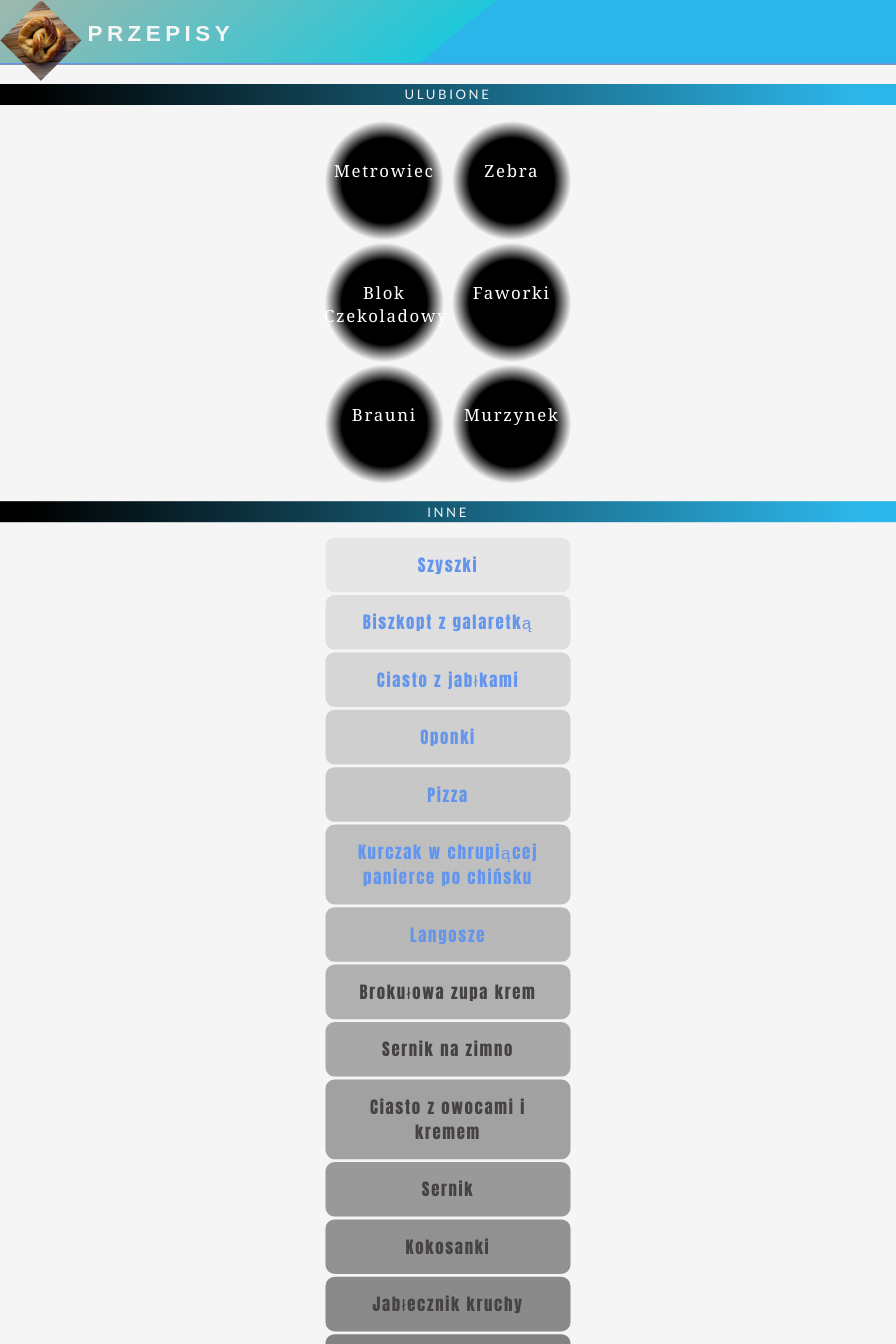
Repository: yaoayh/przepisy
Page: index.html
These files come from the project's save history. The page is drawn as it stood at one moment and after the next save; the edit follows.
The browser window is 1280 px wide. The pictures show the part of the page from y = 0 to 1920 px (the page is 3147 px tall), at 70% of full size.

Above is the page before, as saved 2020-08-14 18:34:18.

### index.html
<!DOCTYPE html>
<html>
    <head>
        <title>Przepisy</title>

        <meta charset="UTF-8">
        <meta name="viewport" content="width=device-width,
        initial-scale=1.0">
        <meta name="author" content="Dawid Litwin">

        <link rel="shortcut icon" href="images/icon.jpg">

        <link href="css/styles.css" type="text/css"
        rel="stylesheet" />
    </head>

    <body>
        <!--                HEADER                           -->
        <div id="header">
            <div class="picture">
                <a href="#top"><img src="images/precel.jpg" alt="precel"
                title="obrazek przedstawiajacy precel"
                width= "82,8" height= "82,8"></a>
            </div>
        <h1>Przepisy</h1>
        </div>


        <!--                    INFO 1                       -->

        <div class="info_Nr1">
            <h3>Ulubione</h3>
        </div>
        <!--                    SQARES                       -->

        <form class="head_Sqares">
            <!----------------------------------------------------------------------------------------------------------------------------------------------------------------------->
            <a class="m1" href="podstrony/metrowiec.html">
            <div class="sqares_Left">
                <p class="favorites">Metrowiec
                </p>
            </div></a>
            <a href="podstrony/Zebra.htm">
            <div class="sqares_Right">
                <p class="favorites">Zebra</p>
            </div></a>
            <!---->
            <a href="podstrony/blok_Czekoladowy.html"><div class="sqares_Left">
                <p class="bigger">Blok Czekoladowy</p>
            </div></a>
            <a href="podstrony/faworki.html"><div class="sqares_Right">
                <p>Faworki</p>
            </div></a>
            <!---->
            <a href="podstrony/brauni.html"> <div class="sqares_Left">
                <p>Brauni</p>
            </div></a>
            <a href="podstrony/murzynek.html"><div class="sqares_Right">
                <p>Murzynek</p>
            </div></a>
            <!----------------------------------------------------------------------------------------------------------------------------------------------------------------------->
        </form>
        <div class="info_Nr2">
            <h3>Inne</h3>
        </div>
        <!--            CZEŚĆ DRUGA                          -->

        <form class="main2">
            <a href="podstrony/szyszki.html"><div class="n1"><p class="p1">Szyszki</p></div></a>
            <a href="podstrony/biszkopt_z_galaretką.html"><div class="n2"><p class="p1">Biszkopt z galaretką</p></div></a>
            <a href="podstrony/ciasto_z_jablkami.html"><div class="n3"><p class="p1">Ciasto z jabłkami</p></div></a>
            <a href="podstrony/oponki.html"><div class="n4"><p class="p1">Oponki</p></div></a>
            <a href="podstrony/pizza.html"><div class="n5"><p class="p1">Pizza</p></div></a>
            <a href="podstrony/kurczak_po_chinsku.html"><div class="n6"><p class="p1">Kurczak w chrupiącej panierce po chińsku</p></div></a>
            <a href="podstrony/langosze.html"><div class="n7"><p class="p1">Langosze</p></div></a>
            <a href="podstrony/brokulowa_zupa_krem.html"><div class="n8"><p class="p1_Shadow">Brokułowa zupa krem</p></div></a>
            <a href="podstrony/sernik_na_zimno.html"><div class="n9"><p class="p1_Shadow">Sernik na zimno</p></div></a>
            <a href="podstrony/ciasto_z_owocami_i_kremem.html"><div class="n10"><p class="p1_Shadow">Ciasto z owocami i kremem</p></div></a>
            <a href="podstrony/sernik.html"><div class="n11"><p class="p1_Shadow">Sernik</p></div></a>
            <a href="podstrony/kokosanki.html"><div class="n12"><p class="p1_Shadow">Kokosanki</p></div></a>
            <a href="podstrony/jablecznik_kruchy.html"><div class="n13"><p class="p1_Shadow">Jabłecznik kruchy</p></div></a>
            <a href="podstrony/ciasto_kasi.html"><div class="n14"><p class="p1_Shadow">Ciasto Kasi</p></div></a>
            <a href="podstrony/ciasto_ucierane.html"><div class="n15"><p class="p1">Ciasto ucierane z owocami</p></div></a>
            <a href="podstrony/gofry.html"><div class="n16"><p class="p1">Gofry</p></div></a>
            <a href="podstrony/brauni.html"><div class="n17"><p class="p1">Brauni Kasi</p></div></a>
            <a href="podstrony/salatka_francuska.html"><div class="n18"><p class="p1">Sałatka francuska</p></div></a>
            <a href="podstrony/botwina.html"><div class="n19"><p class="p1">Botwina</p></div></a>
            <a href="podstrony/nalewka.html"><div class="n20"><p class="p1">Nalewka</p></div></a>
            <a href="podstrony/salatka_zolta.html"><div class="n21"><p class="p1">Sałatka żółta</p></div></a>
            <a href="podstrony/ogorki_konserwowe.html"><div class="n22"><p class="p1">Ogórki konserwowe</p></div></a>
            <a href="podstrony/zacierki.html"><div class="n23"><p class="p1">Zacierki</p></div></a>
            <div class="n24"><p class="p1">Zupa serowa z pulpetami</p></div>
            <a href="podstrony/sos_beszamelowy_zapiekany.html"><div class="n25"><p class="p1">Sos beszamelowy Zapiekany</p></div></a>
            <a href="podstrony/kurczak_z_antylii.html">
                <div class="n26">
                    <p class="p1">Kurczak z Antylii</p>
                </div>
            </a>
            <br>

        </form>
        <br><br><br>

        <!--            PRAWA AUTORIESKIE                    -->

        <form class="bottom">
            <strong> <q>Precel</q>
                by <a class="a_Bottom" href="https://www.flickr.com/photos/ajay_suresh/">ajay_suresh</a>
        </strong>
        </form>


    </body>
</html>

### css/styles.css
@keyframes firstletter {
    0% {
        font-family: "Arial Black", Gadget, sans-serif;
    }
    25% {
        font-family: "Courier New", Courier, monospace;
    }
    50% {
        font-family: "Comic Sans MS", cursive, sans-serif;
    }
    75% {
        font-family: "Agency FB";
    }
    100% {
        font-family: "Tw Cen MT";
    }
}
@keyframes moving {
    from {
        transform: translateX(-5px);
    }
    to {
        transform: translateX(0px);
    }
}
@keyframes shake {
    from {
        color: #2cb5e8;
    }
    to {
        color: whitesmoke;
    }
}
@keyframes main_Circle {
    from {
        /* background-color: cornflowerblue; */
        opacity: 0;
        /* background-image: radial-gradient(circle,red,red 50%,whitesmoke 70%); */
    }
    to {
        /* background-color: black; */
        opacity: 1;
        /* background-image: radial-gradient(circle,black,black 50%,whitesmoke 70%); */
    }
}
html{overflow: scroll;}
body {
    height: auto;
	margin: 0px;
    background-color: whitesmoke;
}

/*                      Nagłówek                    */
body.body_Undersite{
    padding: 5px;
}
#header {
    top: 0px;
    width: 100%;
    height: 90px;
    position: fixed;
    background-color: black;
    background-image: linear-gradient(141deg, #9fb8ad 0%, #1fc8db 51%, #2cb5e8 51%, #2cb5e8 75%);
    border-bottom: 2px solid cornflowerblue;}

.picture{
    margin: 16px;
    float: left;
    width: 82px;
    transform: rotate(45deg);}

h1 {
    text-transform: uppercase;
    font-family: Arial, Helvetica, sans-serif;
    letter-spacing: 0.2em;
    font-style: normal;
    color: whitesmoke;
    padding: 30px 30px 30px 15px;
    margin-left: 110px;
    margin-top: 0px;}
    aniamation-name: firstletter;
    aniamation-duration:1s;
h1::first-letter{
    font-size: 150%;
    letter-spacing: 2px;
    animation-name: firstletter;
    animation-duration: 5s;
}


/*                  CZESC II                    */
form.main2{
    margin: auto;
    height: auto; /*531px;*/
    width: 354px;/*354px;*/
    background-color: whitesmoke;
    padding: 5px;}
.info_Nr1, .info_Nr2{
    background-image: linear-gradient(to right, black 3%,#2cb5e8 95%);
    border: 12px 12px 12px 12px;
    border-color: black;
    border-style: single;
    text-align: center;
    margin-top: 120px;
    margin-bottom: 15px;
}

h3 {
    font-weight: normal;
    color: whitesmoke;
    font-family: "Gill Sans", Arial, sans-serif;
    text-transform: uppercase;
    text-align: center;
    padding: 4px;
    margin: 0px;
    letter-spacing: 0.2em;}

/*                      BLOKI                   */

form.head_Sqares {
    margin: auto;
    height: 531px; /*531px;*/
    width: 354px;/*354px;*/
    background-color: whitesmoke;
    border-radius: 20px;
    padding: 5px;}

.sqares_Left, .sqares_Right {
    /* opacity: 0; */
    text-decoration: none;
    border-radius: 15px;
    margin-top: 2px;
    width: 172px;
    height: 172px;
    /* background-image: linear-gradient(whitesmoke, black); */
    /* background-image: linear-gradient(white, black, black); */
    background-image: radial-gradient(circle,black,black 50%,whitesmoke 70%);
    color: white;
    /* overflow: auto; */
    animation-name: main_Circle;
    animation-duration: 3s;

    /* border: 2px solid rgba(0, 0, 0, .1); */
    /* border-top: 2px solid rgba(245, 245, 245, 0.959); */
    /* border-top: 2px solid rgb(133, 133, 133); */

}
.sqares_Left{
    float: left;
    }
/* .first_Choice{color: cornflowerblue;} */
.sqares_Right{
    float: right ;
    clear: right;}
p {

    border-radius: 5px;
    text-decoration: none;
    padding-top: 55px;
    text-align: center;
    font-family: Georgia, 'Times New Roman', Times, serif;
    font-size: x-large;
    letter-spacing: 0.10em;
    margin:0px;
    animation-name: shake;
    animation-duration: 3s;
}
p.p1_Shadow{padding: 21px; color: rgb(70, 66, 66);
    font-family: Impact, Haettenschweiler, 'Arial Narrow Bold', sans-serif;
text-decoration: none;
animation-name: moving;
    animation-duration: 1s;
    animation-timing-function:cubic-bezier(.57,-1.01,.67,.68) ;}
p.p1{
    font-family: Impact, Haettenschweiler, 'Arial Narrow Bold', sans-serif;
    text-decoration: none;
    padding: 21px;
    color: cornflowerblue;
    animation-name: moving;
    animation-duration: 1s;
    animation-timing-function:cubic-bezier(.58,-1.24,.29,1.98) ;
}
#bigger {
    font-size: 9px;
    padding: 0px 0px;}
.info_Nr2 {margin-top: 10px;}

.n1,.n2,.n3,.n4,.n5,.n6,.n7,.n8,.n9,.n10,.n11,.n12,.n13,.n14,.n15,.n16,.n17,.n18,.n19,.n20,.n21,.n22,.n23,.n24,.n25,.n26,.n27{
    border-radius: 15px;
    border: 2px solid whitesmoke;
    clear: both;}
div.n1 {

    background-color: hsl(0, 0%, 90%);
}
.n2{
    background-color: hsl(0,0%,87%);
}
.n3{
    background-color: hsl(0, 0%, 84%);
}
.n4{
    background-color: hsl(0, 0%, 81%);
}
.n5{
    background-color: hsl(0, 0%, 78%);
}
.n6{
    background-color: hsl(0, 0%, 75%);
}
.n7{
    background-color: hsl(0, 0%, 72%);
}
.n8{
    background-color: hsl(0, 0%, 69%);
}
.n9{
    background-color: hsl(0, 0%, 66%);
}
.n10{
    background-color: hsl(0, 0%, 63%);
}
.n11{
    background-color: hsl(0, 0%, 60%);
}
.n12{
    background-color: hsl(0, 0%, 57%);
}
.n13{
    background-color: hsl(0, 0%, 54%);
}
.n14{
    background-color: hsl(0, 0%, 51%);
}
.n15{
    background-color: hsl(0, 0%, 48%);
}
.n16{
    background-color: hsl(0, 0%, 45%);
}
.n17{
    background-color: hsl(0, 0%, 42%);
}
.n18{
    background-color: hsl(0, 0%, 39%);
}
.n19{
    background-color: hsl(0, 0%, 36%);
}
.n20{
    background-color: hsl(0, 0%, 33%);
}
.n21{
    background-color: hsl(0, 0%, 30%);
}
.n22{
    background-color: hsl(0, 0%, 27%);
}
.n23{
    background-color: hsl(0, 0%, 24%);
}
.n24{
    background-color: hsl(0, 0%, 21%);
}
.n25{
    background-color: hsl(0, 0%, 18%);
}
.n26{
    background-color: hsl(0, 0%, 15%);
}
.n27{background-color: hsl(0, 0%, 12%);}


/*                  PRAWA AUTORSKIE             */
.a_Bottom {
    text-decoration: none;
    color: white;
    text-decoration-line: underline;
}
.bottom {
    padding: 5px;
    text-decoration: none;
    background-color: black;
    color: white;
}
/**************************************************************************************/

#header_Undersite {
    top: 0px;
    width: 100%;
    height: 90px;
    position: fixed;
    background-color: black;
    border-bottom: 2px solid cornflowerblue;}
h1.h1_Undersite {
    letter-spacing: 0.15em;
}

a.m1:visited{
    color: cornflowerblue;
}
a {

    text-decoration: whitesmoke;

}
a:visited{
    color: whitesmoke;
}
a:hover{
    text-decoration: none;
    background-color: aquamarine;
    color: cyan;
}
td{
    font-size: large;
    text-decoration: solid;
    font-family: Arial, Helvetica, sans-serif;
    padding: 5px;
    background-color: cornflowerblue;
    border-radius: 5px;

}
form.form_Undersite{
    margin-top: 120px;
    background-color: rgb(245, 245, 245);
}
.name{
    max-width: 400px;
    border-radius: 35px;
    border: 8px double cornflowerblue;
    background-color: hsl(245,0%,95%);
    padding: 5px 0px 5px 5px;
    margin: 5px;}

h2 {
    text-align: left;
    font-size: x-large;
    text-transform: uppercase;
    font-family: Arial, Helvetica, sans-serif;
    letter-spacing: 0.2em;
    font-style: normal;
    color: whitesmoke;
    padding: 30px;
    border: 1px solid cornflowerblue;
    border-radius: 0px 20px 20px 0px;
    max-width: 120px;
    background-color: cornflowerblue;
    }
table {

    margin-right: 0px;
    padding: 10px 0px 10px 0px;
}
tr{
    empty-cells: hide;
}
td {
    width: 60px;
    background-color: hsl(0,0%,87%);
    border-radius: 10px;
    padding: 10px 5px 10px 10px;
    text-align: right;
    font-weight: bold;
}
td.table2{
    width: auto;
    background-color: cornflowerblue;
    border-radius: 50px;
    font-weight: normal;
    padding: 10px 10px 10px 10px;
    text-align: left;
}
ol{
    padding: 10px 0px 10px 0px;
    margin: 25px;
    border-radius: 20px;
    background-color: hsl(0,0%,87%);
}
li {

    font-family: Arial, Helvetica, sans-serif;
    font-size: large;
    padding: 15px 5px 10px 5px;
}
.ps{
    background-color: hsl(0,0%,87%);
    margin: 5px;
    border: 4px double cadetblue;
    border-radius: 5px;
    padding: 5px;
}

After the next save:
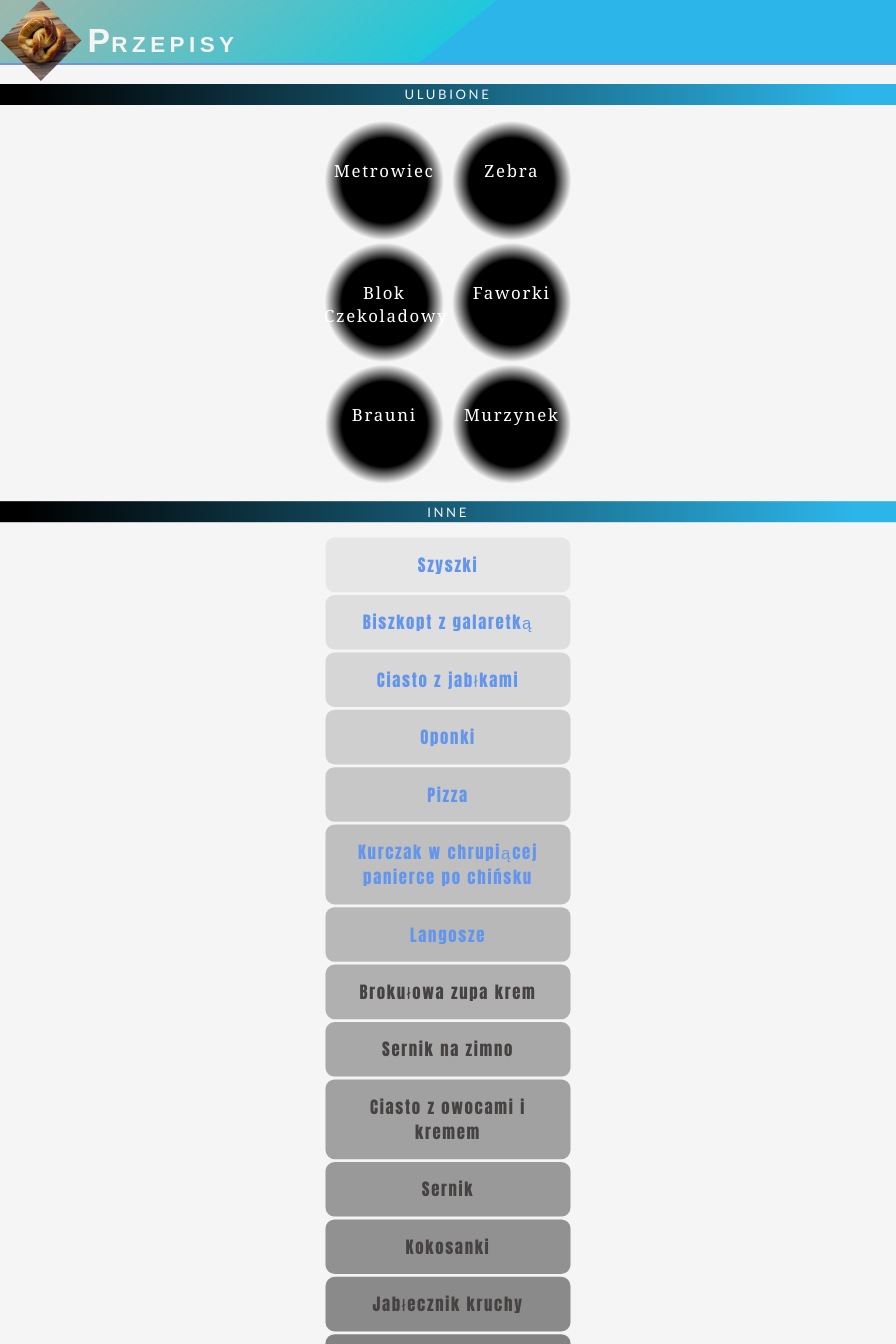
Saved 24 s later.
--- a/css/styles.css
+++ b/css/styles.css
@@ -77,10 +77,10 @@ h1 {
     color: whitesmoke;
     padding: 30px 30px 30px 15px;
     margin-left: 110px;
-    margin-top: 0px;}
+    margin-top: 0px;
     aniamation-name: firstletter;
-    aniamation-duration:1s;
-h1::first-letter{
+    aniamation-duration:1s;}
+h1:first-letter{
     font-size: 150%;
     letter-spacing: 2px;
     animation-name: firstletter;
